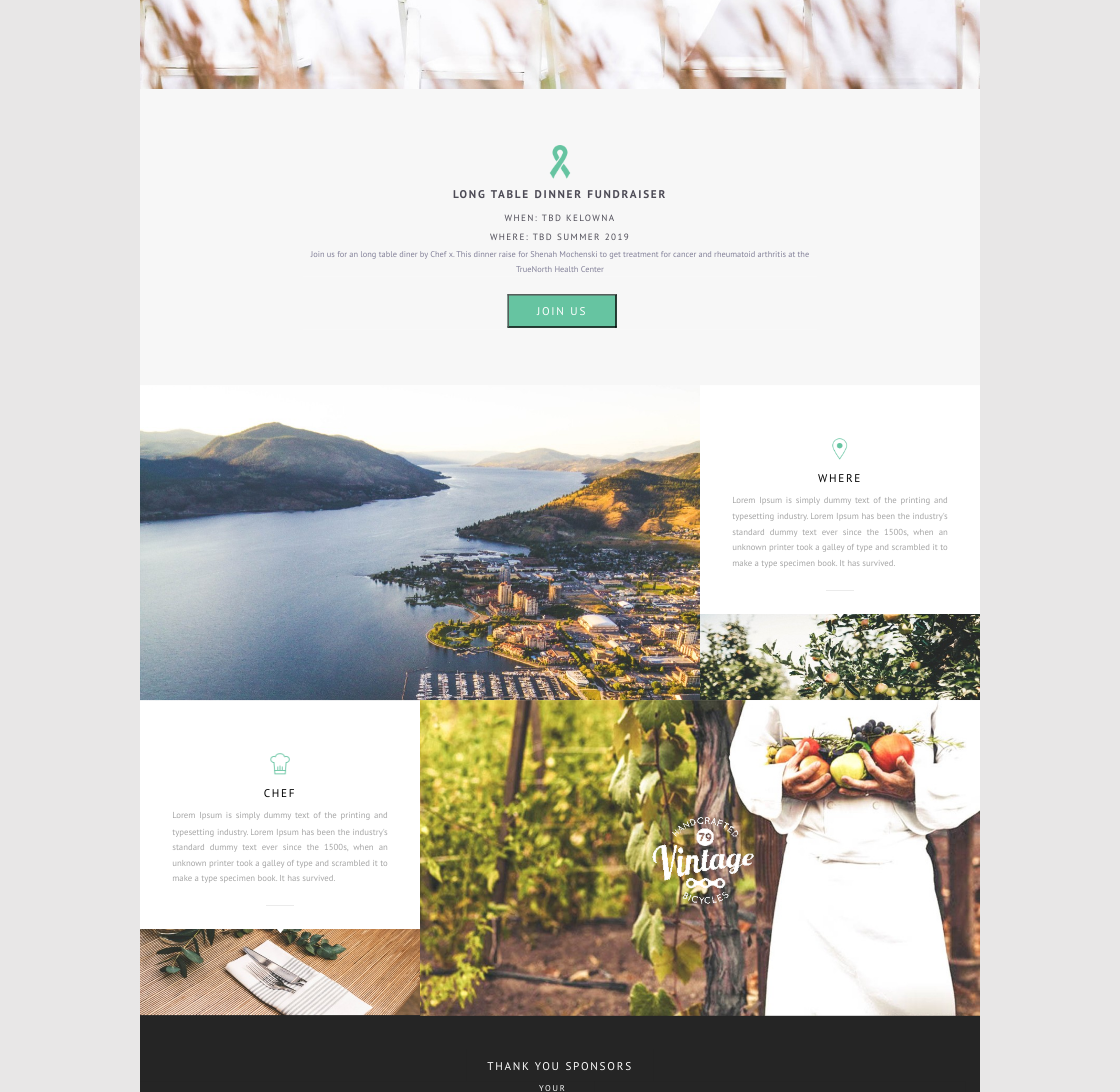
Repository: vancodes/longtable
Page: index.html
An editor plug-in stored every save of this project. The page is shown before and after the next save, followed by the edit.
The browser window is 1280 px wide. The page is 1600 px wide, so the pictures cover 1600 px, including what lies to the right of the window. The pictures show the part of the page from y = 623 to 2183 px (the page is 2372 px tall), at 70% of full size.

Above is the page before, as saved 2019-04-08 16:36:58.

After the next save:
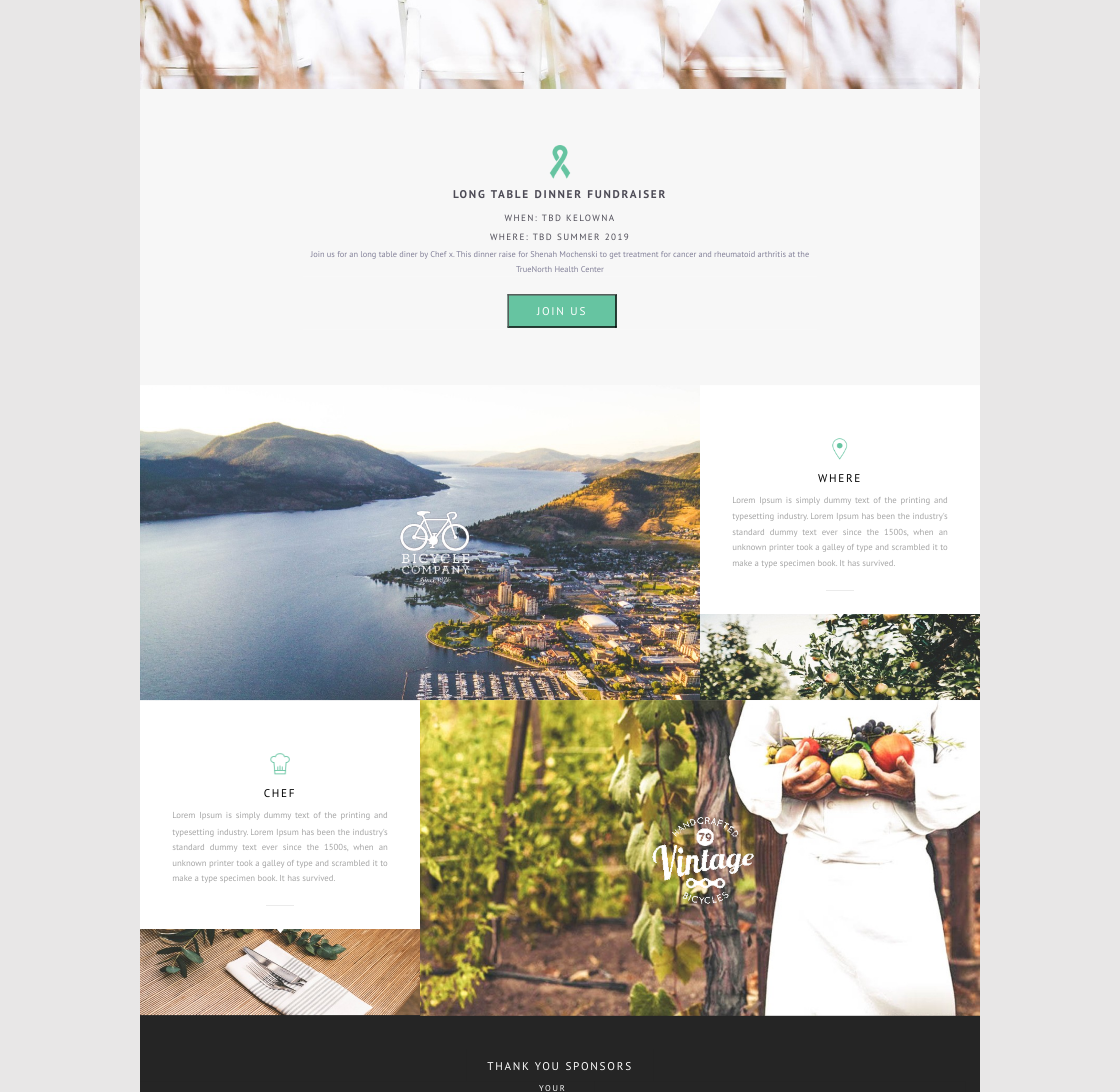
Saved 13 s later.
--- a/index.html
+++ b/index.html
@@ -42,6 +42,12 @@
       <div class="bike-images">
         <div class="first-container">
           <div class="first-left">
+            <div id="bike-logo">
+              <img src="assets/bike.png" alt="bike logo">
+            </div>
+            <div id="logo">
+              <img src="assets/bicycle-company-logo.png" alt="company logo">
+            </div>
             <div id="vintage-left">
               <img src="assets\bike-1.jpg" alt="bike handle">
             </div>
